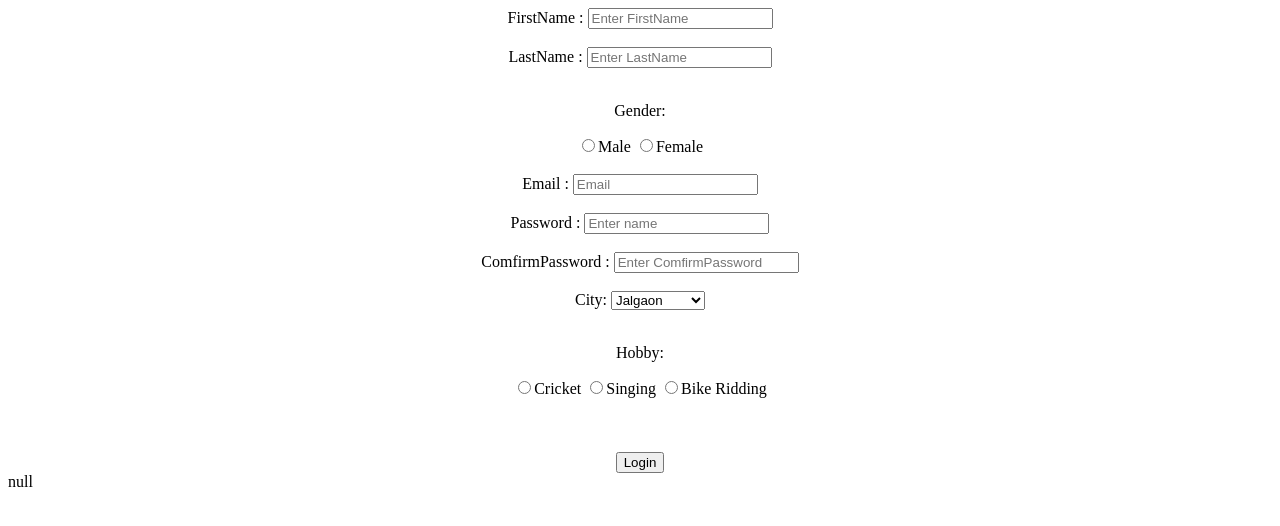
Repository: yogendra-dashore/java-ism
Page: http://localhost/23-ism-jee/Registration.jsp
An editor plug-in stored every save of this project. The page is shown before and after the next save, followed by the edit.
The browser window is 1280 px wide. The pictures show the whole page.
The page is served by Tomcat 9.

Above is the page before, as saved 2023-04-03 04:34:31.

After the next save:
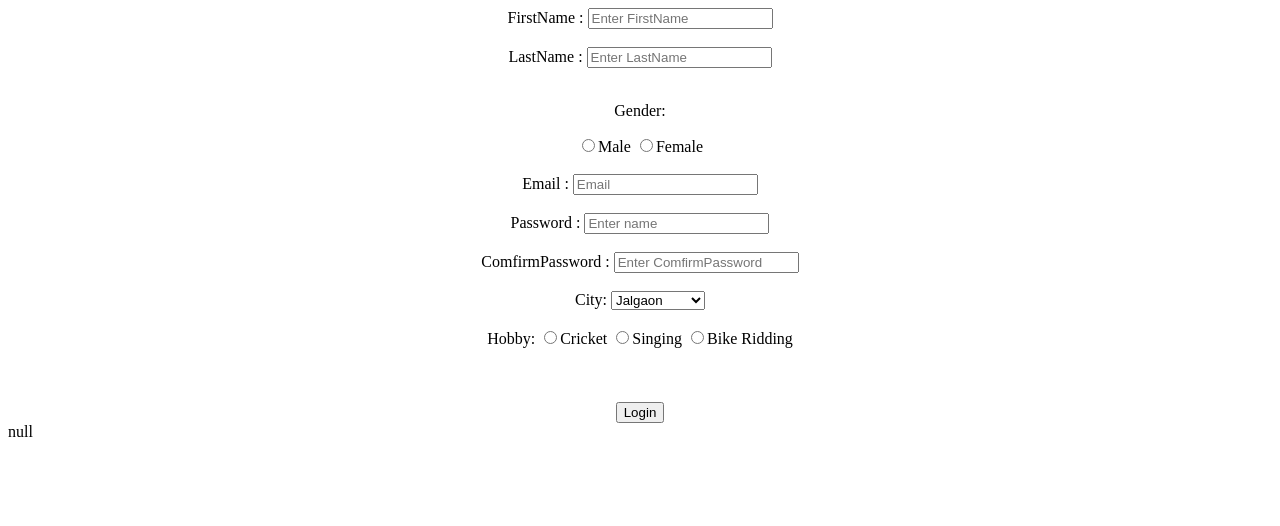
Saved 51 s later.
--- a/23-ism-jee/src/main/webapp/Registration.jsp
+++ b/23-ism-jee/src/main/webapp/Registration.jsp
@@ -32,7 +32,7 @@ ComfirmPassword : <input type="ComfirmPassword" name="ComfirmPassword" placehold
   </select><br><br>
 
 
-  <p>Hobby:</p>
+Hobby:
   <input type="radio" id="hobbi1" name="Hobbi" value="Cricket">Cricket
 
   <input type="radio" id="hobbi2" name="Hobbi" value="60">Singing
